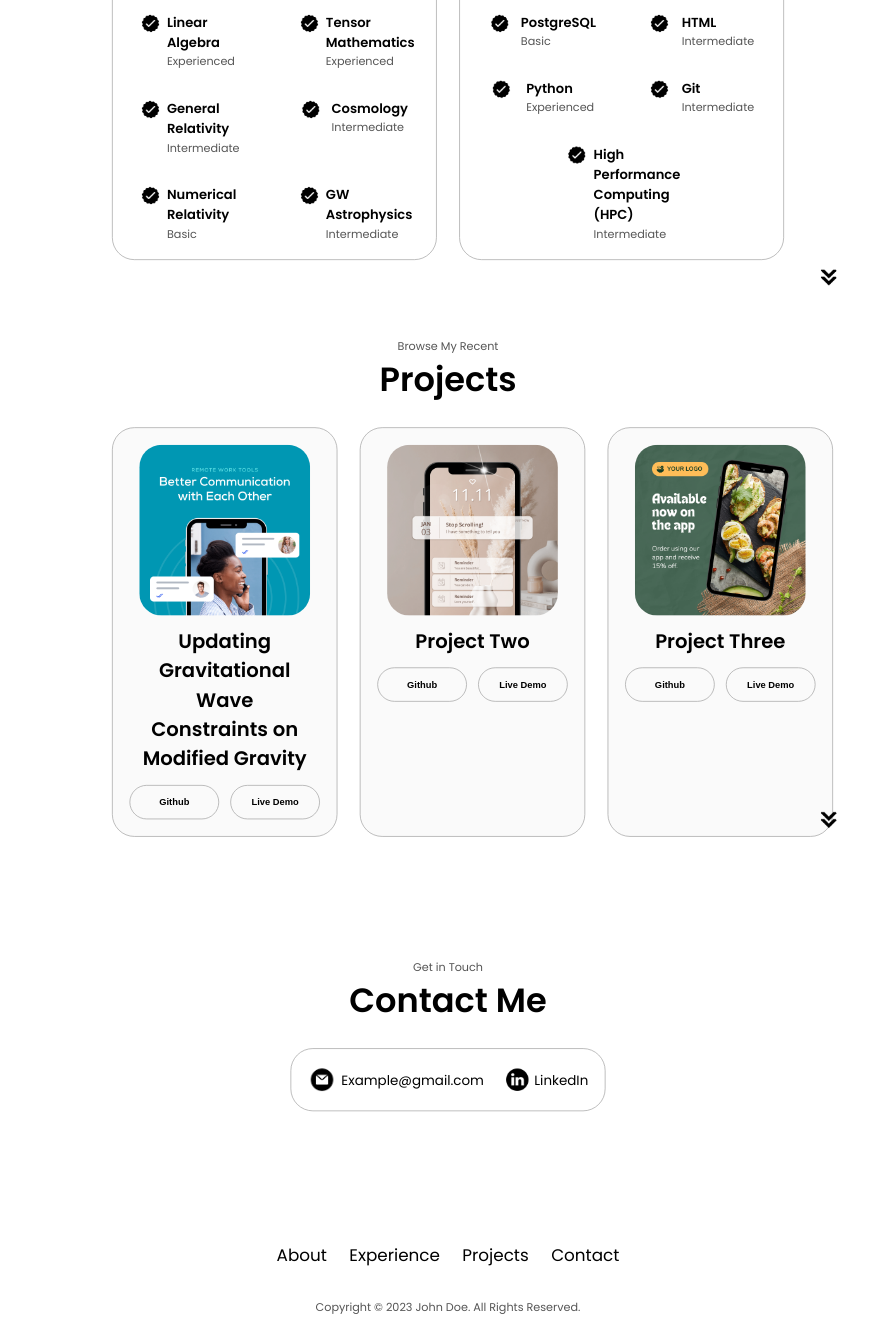
Repository: APersonalVoyage/APersonalVoyage.github.io
Page: index.html
These files come from the project's save history. The page is drawn as it stood at one moment and after the next save; the edit follows.
The browser window is 1280 px wide. The pictures show the part of the page from y = 1628 to 3548 px (the page is 3548 px tall), at 70% of full size.
A picture or video elsewhere on the page could not be fetched, so the positions and the page height are approximate.

Above is the page before, as saved 2023-08-24 12:07:29.

### index.html
<!DOCTYPE html>
<html lang="en">
  <head>
    <meta charset="UTF-8" />
    <meta http-equiv="X-UA-Compatible" content="IE=edge" />
    <meta name="viewport" content="width=device-width, initial-scale=1.0" />
    <title>My Portfolio</title>
    <link rel="stylesheet" href="style.css" />
    <link rel="stylesheet" href="mediaqueries.css" />
  </head>
  <body>
    <nav id="desktop-nav">
      <div class="logo">Abhishek Karkola</div>
      <div>
        <ul class="nav-links">
          <li><a href="#about">About</a></li>
          <li><a href="#experience">Experience</a></li>
          <li><a href="#projects">Projects</a></li>
          <li><a href="#contact">Contact</a></li>
        </ul>
      </div>
    </nav>
    <nav id="hamburger-nav">
      <div class="logo">Abhishek Karkola</div>
      <div class="hamburger-menu">
        <div class="hamburger-icon" onclick="toggleMenu()">
          <span></span>
          <span></span>
          <span></span>
        </div>
        <div class="menu-links">
          <li><a href="#about" onclick="toggleMenu()">About</a></li>
          <li><a href="#experience" onclick="toggleMenu()">Experience</a></li>
          <li><a href="#projects" onclick="toggleMenu()">Projects</a></li>
          <li><a href="#contact" onclick="toggleMenu()">Contact</a></li>
        </div>
      </div>
    </nav>
    <section id = "profile">
        <div class="section__pic-container">
            <img src="./assets/Photo.jpeg" alt="profile" class="section__pic">
        </div>
        <div class= "section_text">
            <p class="section__text__p1">Hello, I'm</p>
        <h1 class="title">Abhishek Karkola</h1>
        <p class="section__text__p2">Gravitational Wave Physicist</p>
        <div class="btn-container">
            <button
              class="btn btn-color-2"
              onclick="window.open('./assets/Abhishek_Academic_CV.pdf')"
            >
              Download CV
            </button>
            <button class="btn btn-color-1" onclick="location.href='./#contact'">
              Contact Info
            </button>
          </div>
          <div id="socials-container">
            <img
            src="./assets/linkedin.png"
            alt="My LinkedIn profile"
            class="icon"
            onclick="location.href='https://linkedin.com/'"
          />
          <img
            src="./assets/github.png"
            alt="My Github profile"
            class="icon"
            onclick="location.href='https://github.com/'"
          />
        </div>
      </div>
          </div>

        </div>
    </section>
    <section id="about">
        <p class="section__text__p1">Get To Know More</p>
        <h1 class="title">About Me</h1>
        <div class="section-container">
          <div class="section__pic-container">
            <img
              src="./assets/Profile_Pic2.JPG"
              alt="Profile picture"
              class="about-pic"
            />
          </div>
          <div class="about-details-container">
            <div class="about-containers">
              <div class="details-container">
                <img
                  src="./assets/experience.png"
                  alt="Experience icon"
                  class="icon"
                />
                <h3>Experience</h3>
                <p>1+ years <br />Research Intern</p>
              </div>
              <div class="details-container">
                <img
                  src="./assets/education.png"
                  alt="Education icon"
                  class="icon"
                />
                <h3>Education</h3>
                <p>B.E. Electronics<br />M.Sc. GW Physics</p>
              </div>
            </div>
            <div class="text-container">
              <p>
                I hold a Masters degree in Gravitational Wave Physics from Cardiff University, where my academic journey led me to explore the captivating realms of cosmology, advanced general relativity, and numerical relativity. Prior to this, I earned a Bachelors degree in Electronics and Communication Engineering, where I developed a solid foundation in the intricate world of electronic systems and communication technologies
              </p>
            </div>
          </div>
        </div>
        <img
          src="./assets/arrow.png"
          alt="Arrow icon"
          class="icon arrow"
          onclick="location.href='./#experience'"
        />
    </section>
</section>
<section id="experience">
  <p class="section__text__p1">Explore My</p>
  <h1 class="title">Experience</h1>
  <div class="experience-details-container">
    <div class="about-containers">
      <div class="details-container">
        <h2 class="experience-sub-title">Areas of Expertise</h2>
        <div class="article-container">
          <article>
            <img
              src="./assets/checkmark.png"
              alt="Experience icon"
              class="icon"
            />
            <div>
              <h3>Linear Algebra</h3>
              <p>Experienced</p>
            </div>
          </article>
          <article>
            <img
              src="./assets/checkmark.png"
              alt="Experience icon"
              class="icon"
            />
            <div>
              <h3>Tensor Mathematics</h3>
              <p>Experienced</p>
            </div>
          </article>
          <article>
            <img
              src="./assets/checkmark.png"
              alt="Experience icon"
              class="icon"
            />
            <div>
              <h3>General Relativity</h3>
              <p>Intermediate</p>
            </div>
          </article>
          <article>
            <img
              src="./assets/checkmark.png"
              alt="Experience icon"
              class="icon"
            />
            <div>
              <h3>Cosmology</h3>
              <p>Intermediate</p>
            </div>
          </article>
          <article>
            <img
              src="./assets/checkmark.png"
              alt="Experience icon"
              class="icon"
            />
            <div>
              <h3>Numerical Relativity</h3>
              <p>Basic</p>
            </div>
          </article>
          <article>
            <img
              src="./assets/checkmark.png"
              alt="Experience icon"
              class="icon"
            />
            <div>
              <h3>GW Astrophysics</h3>
              <p>Intermediate</p>
            </div>
          </article>
        </div>
      </div>
      <div class="details-container">
        <h2 class="experience-sub-title">Tools and technologies</h2>
        <div class="article-container">
          <article>
            <img
              src="./assets/checkmark.png"
              alt="Experience icon"
              class="icon"
            />
            <div>
              <h3>PostgreSQL</h3>
              <p>Basic</p>
            </div>
          </article>
          <article>
            <img
              src="./assets/checkmark.png"
              alt="Experience icon"
              class="icon"
            />
            <div>
              <h3>HTML</h3>
              <p>Intermediate</p>
            </div>
          </article>
          <article>
            <img
              src="./assets/checkmark.png"
              alt="Experience icon"
              class="icon"
            />
            <div>
              <h3>Python</h3>
              <p>Experienced</p>
            </div>
          </article>
          <article>
            <img
              src="./assets/checkmark.png"
              alt="Experience icon"
              class="icon"
            />
            <div>
              <h3>Git</h3>
              <p>Intermediate</p>
            </div>
          </article>
          <article>
            <img
              src="./assets/checkmark.png"
              alt="Experience icon"
              class="icon"
            />
            <div>
              <h3> High Performance Computing (HPC)</h3>
              <p>Intermediate</p>
            </div>
          </article>
        </div>
      </div>
    </div>
  </div>
  <img
    src="./assets/arrow.png"
    alt="Arrow icon"
    class="icon arrow"
    onclick="location.href='./#projects'"
  />
</section>
<section id="projects">
    <p class="section__text__p1">Browse My Recent</p>
    <h1 class="title">Projects</h1>
    <div class="experience-details-container">
      <div class="about-containers">
        <div class="details-container color-container">
          <div class="article-container">
            <img
              src="./assets/project-1.png"
              alt="Project 1"
              class="project-img"
            />
          </div>
          <h2 class="experience-sub-title project-title">Updating Gravitational Wave Constraints on Modified Gravity</h2>
          <div class="btn-container">
            <button
              class="btn btn-color-2 project-btn"
              onclick="location.href='https://github.com/APersonalVoyage/MSc_Thesis'"
            >
              Github
            </button>
            <button
              class="btn btn-color-2 project-btn"
              onclick="location.href='https://github.com/'"
            >
              Live Demo
            </button>
          </div>
        </div>
        <div class="details-container color-container">
          <div class="article-container">
            <img
              src="./assets/project-2.png"
              alt="Project 2"
              class="project-img"
            />
          </div>
          <h2 class="experience-sub-title project-title">Project Two</h2>
          <div class="btn-container">
            <button
              class="btn btn-color-2 project-btn"
              onclick="location.href='https://github.com/'"
            >
              Github
            </button>
            <button
              class="btn btn-color-2 project-btn"
              onclick="location.href='https://github.com/'"
            >
              Live Demo
            </button>
          </div>
        </div>
        <div class="details-container color-container">
          <div class="article-container">
            <img
              src="./assets/project-3.png"
              alt="Project 3"
              class="project-img"
            />
          </div>
          <h2 class="experience-sub-title project-title">Project Three</h2>
          <div class="btn-container">
            <button
              class="btn btn-color-2 project-btn"
              onclick="location.href='https://github.com/'"
            >
              Github
            </button>
            <button
              class="btn btn-color-2 project-btn"
              onclick="location.href='https://github.com/'"
            >
              Live Demo
            </button>
          </div>
        </div>
      </div>
    </div>
    <img
      src="./assets/arrow.png"
      alt="Arrow icon"
      class="icon arrow"
      onclick="location.href='./#projects'"
    />
  </section>
  <section id="contact">
    <p class="section__text__p1">Get in Touch</p>
    <h1 class="title">Contact Me</h1>
    <div class="contact-info-upper-container">
      <div class="contact-info-container">
        <img
          src="./assets/email.png"
          alt="Email icon"
          class="icon contact-icon email-icon"
        />
        <p><a href="mailto:examplemail@gmail.com">Example@gmail.com</a></p>
      </div>
      <div class="contact-info-container">
        <img
          src="./assets/linkedin.png"
          alt="LinkedIn icon"
          class="icon contact-icon"
        />
        <p><a href="https://www.linkedin.com">LinkedIn</a></p>
      </div>
    </div>
  </section>
  <footer>
    <nav>
      <div class="nav-links-container">
        <ul class="nav-links">
          <li><a href="#about">About</a></li>
          <li><a href="#experience">Experience</a></li>
          <li><a href="#projects">Projects</a></li>
          <li><a href="#contact">Contact</a></li>
        </ul>
      </div>
    </nav>
    <p>Copyright &#169; 2023 John Doe. All Rights Reserved.</p>
  </footer>
  <script src="script.js"></script>
</body>
</html>

### style.css
/* GENERAL */

@import url("https://fonts.googleapis.com/css2?family=Poppins:wght@300;400;500;600&display=swap");

* {
  margin: 0;
  padding: 0;
}

body {
  font-family: "Poppins", sans-serif;
}

html {
  scroll-behavior: smooth;
}

p {
  color: rgb(85, 85, 85);
}

/* TRANSITION */

a,
.btn {
  transition: all 300ms ease;
}

/* DESKTOP NAV */

nav,
.nav-links {
  display: flex;
}

nav {
  justify-content: space-around;
  align-items: center;
  height: 17vh;
}

.nav-links {
  gap: 2rem;
  list-style: none;
  font-size: 1.5rem;
}

a {
  color: black;
  text-decoration: none;
  text-decoration-color: white;
}

a:hover {
  color: grey;
  text-decoration: underline;
  text-underline-offset: 1rem;
  text-decoration-color: rgb(181, 181, 181);
}

.logo {
  font-size: 2rem;
}

.logo:hover {
  cursor: default;
}

/* HAMBURGER MENU */

#hamburger-nav {
  display: none;
}

.hamburger-menu {
  position: relative;
  display: inline-block;
}

.hamburger-icon {
  display: flex;
  flex-direction: column;
  justify-content: space-between;
  height: 24px;
  width: 30px;
  cursor: pointer;
}

.hamburger-icon span {
  width: 100%;
  height: 2px;
  background-color: black;
  transition: all 0.3 ease-in-out;
}

.menu-links {
  position: absolute;
  top: 100%;
  right: 0;
  background-color: white;
  width: fit-content;
  max-height: 0;
  overflow: hidden;
  transition: all 0.3 ease-in-out;
}

.menu-links a {
  display: block;
  padding: 10px;
  text-align: center;
  font-size: 1.5rem;
  color: black;
  text-decoration: none;
  transition: all 0.3 ease-in-out;
}

.menu-links li {
  list-style: none;
}

.menu-links.open {
  max-height: 300px;
}

.hamburger-icon.open span:first-child {
  transform: rotate(45deg) translate(10px, 5px);
}

.hamburger-icon.open span:nth-child(2) {
  opacity: 0;
}

.hamburger-icon.open span:last-child {
  transform: rotate(-45deg) translate(10px, -5px);
}

.hamburger-icon span:first-child {
  transform: none;
}

.hamburger-icon span:first-child {
  opacity: 1;
}

.hamburger-icon span:first-child {
  transform: none;
}

/* SECTIONS */

section {
    padding-top: 4vh;
    height: 96vh;
    margin: 0 10rem;
    box-sizing: border-box;
    min-height: fit-content;
  }

  .section-container {
    display: flex;
  }

  /* PROFILE SECTION */

  #profile {
    display: flex;
    justify-content: center;
    gap: 5rem;
    height: 80vh;
  }

  .section__pic-container {
    display: flex;
    height: 400px;
    width: 400px;
    margin: auto 0;
  }

  .section__text {
    align-self: center;
    text-align: center;
  }

  .section__text p {
    font-weight: 600;
  }

  .section__text__p1 {
    text-align: center;
  }

  .section__text__p2 {
    font-size: 1.75rem;
    margin-bottom: 1rem;
  }

  .title {
    font-size: 3rem;
    text-align: center;
  }

  #socials-container {
    display: flex;
    justify-content: center;
    margin-top: 1rem;
    gap: 1rem;
  }

  /* ICONS */

  .icon {
    cursor: pointer;
    height: 2rem;
  }

  /* BUTTONS */

.btn-container {
    display: flex;
    justify-content: center;
    gap: 1rem;
  }

  .btn {
    font-weight: 600;
    transition: all 300ms ease;
    padding: 1rem;
    width: 8rem;
    border-radius: 2rem;
  }

  .btn-color-1,
  .btn-color-2 {
    border: rgb(53, 53, 53) 0.1rem solid;
  }

  .btn-color-1:hover,
  .btn-color-2:hover {
    cursor: pointer;
  }

  .btn-color-1,
  .btn-color-2:hover {
    background: rgb(53, 53, 53);
    color: white;
  }

  .btn-color-1:hover {
    background: rgb(0, 0, 0);
  }

  .btn-color-2 {
    background: none;
  }

  .btn-color-2:hover {
    border: rgb(255, 255, 255) 0.1rem solid;
  }

  .btn-container {
    gap: 1rem;
  }

  /* ABOUT SECTION */

#about {
    position: relative;
  }

  .about-containers {
    gap: 2rem;
    margin-bottom: 2rem;
    margin-top: 2rem;
  }

  .about-details-container {
    justify-content: center;
    flex-direction: column;
  }

  .about-containers,
  .about-details-container {
    display: flex;
  }

  .about-pic {
    border-radius: 2rem;
  }

  .arrow {
    position: absolute;
    right: -5rem;
    bottom: 2.5rem;
  }

  .details-container {
    padding: 1.5rem;
    flex: 1;
    background: white;
    border-radius: 2rem;
    border: rgb(53, 53, 53) 0.1rem solid;
    border-color: rgb(163, 163, 163);
    text-align: center;
  }

  .section-container {
    gap: 4rem;
    height: 80%;
  }

  .section__pic-container {
    height: 400px;
    width: 400px;
    margin: auto 0;
  }

  /* EXPERIENCE SECTION */

#experience {
    position: relative;
  }

  .experience-sub-title {
    color: rgb(85, 85, 85);
    font-weight: 600;
    font-size: 1.75rem;
    margin-bottom: 2rem;
  }

  .experience-details-container {
    display: flex;
    justify-content: center;
    flex-direction: column;
  }

  .article-container {
    display: flex;
    text-align: initial;
    flex-wrap: wrap;
    flex-direction: row;
    gap: 2.5rem;
    justify-content: space-around;
  }

  article {
    display: flex;
    width: 10rem;
    justify-content: space-around;
    gap: 0.5rem;
  }

  article .icon {
    cursor: default;
  }

  /* PROJECTS SECTION */

  #projects {
    position: relative;
  }

  .color-container {
    border-color: rgb(163, 163, 163);
    background: rgb(250, 250, 250);
  }

  .project-img {
    border-radius: 2rem;
    width: 90%;
    height: 90%;
  }

  .project-title {
    margin: 1rem;
    color: black;
  }

  .project-btn {
    color: black;
    border-color: rgb(163, 163, 163);
  }

  /* CONTACT */

  #contact {
    display: flex;
    justify-content: center;
    flex-direction: column;
    height: 70vh;
  }

  .contact-info-upper-container {
    display: flex;
    justify-content: center;
    border-radius: 2rem;
    border: rgb(53, 53, 53) 0.1rem solid;
    border-color: rgb(163, 163, 163);
    background: (250, 250, 250);
    margin: 2rem auto;
    padding: 0.5rem;
  }

  .contact-info-container {
    display: flex;
    align-items: center;
    justify-content: center;
    gap: 0.5rem;
    margin: 1rem;
  }

  .contact-info-container p {
    font-size: larger;
  }

  .contact-icon {
    cursor: default;
  }

  .email-icon {
    height: 2.5rem;
  }

  /* FOOTER SECTION */

  footer {
    height: 26vh;
    margin: 0 1rem;
  }

  footer p {
    text-align: center;
  }

### mediaqueries.css


  @media screen and (max-width: 1200px) {
    #desktop-nav {
      display: none;
    }
    #hamburger-nav {
      display: flex;
    }

    #experience,
  .experience-details-container {
    margin-top: 2rem;
  }
  #profile,
  .section-container {
    display: block;
  }
  .arrow {
    display: none;
  }
  section,
  .section-container {
    height: fit-content;
  }
  section {
    margin: 0 5%;
  }
  .section__pic-container {
    width: 275px;
    height: 275px;
    margin: 0 auto 2rem;
  }
  .about-containers {
    margin-top: 0;
  }
}

@media screen and (max-width: 600px) {
  #contact,
  footer {
    height: 40vh;
  }
  #profile {
    height: 83vh;
    margin-bottom: 0;
  }
  article {
    font-size: 1rem;
  }
  footer nav {
    height: fit-content;
    margin-bottom: 2rem;
  }
  .about-containers,
  .contact-info-upper-container,
  .btn-container {
    flex-wrap: wrap;
  }
  .contact-info-container {
    margin: 0;
  }
  .contact-info-container p,
  .nav-links li a {
    font-size: 1rem;
  }
  .experience-sub-title {
    font-size: 1.25rem;
  }
  .logo {
    font-size: 1.5rem;
  }
  .nav-links {
    flex-direction: column;
    gap: 0.5rem;
    text-align: center;
  }
  .section__pic-container {
    width: auto;
    height: 46vw;
    justify-content: center;
  }
  .section__text__p2 {
    font-size: 1.25rem;
  }
  .title {
    font-size: 2rem;
  }
  .text-container {
    text-align: justify;
  }
}

Loaded but not shown: script.js (common file)

After the next save:
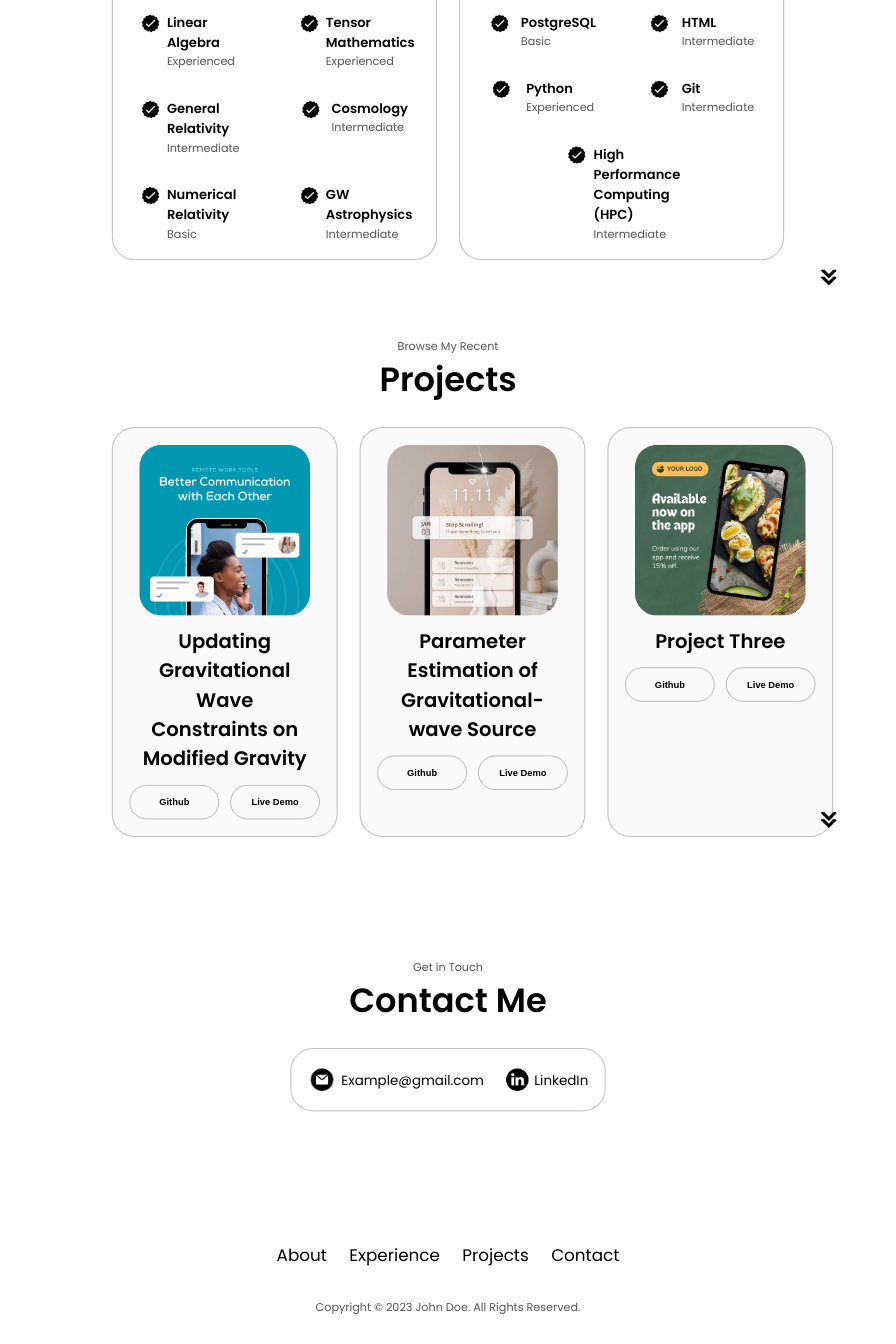
Saved 77 s later.
--- a/index.html
+++ b/index.html
@@ -303,11 +303,11 @@
               class="project-img"
             />
           </div>
-          <h2 class="experience-sub-title project-title">Project Two</h2>
+          <h2 class="experience-sub-title project-title">Parameter Estimation of Gravitational-wave Source</h2>
           <div class="btn-container">
             <button
               class="btn btn-color-2 project-btn"
-              onclick="location.href='https://github.com/'"
+              onclick="location.href='https://github.com/APersonalVoyage/GW-data-analysis'"
             >
               Github
             </button>
